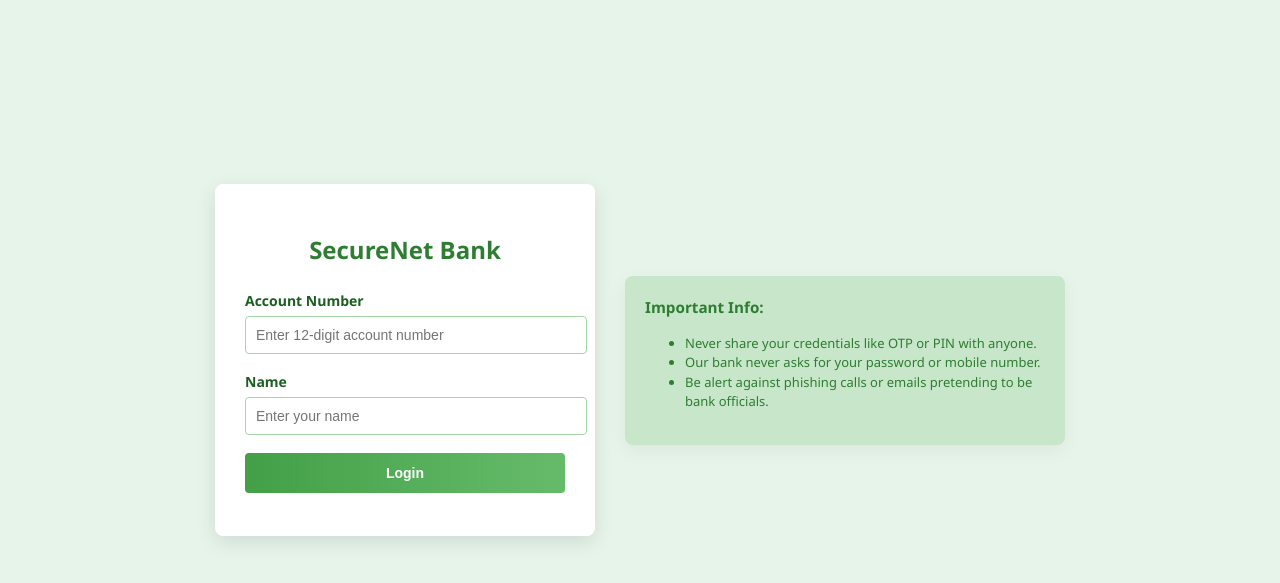
Repository: atharvthonge/Bank-Management-System
Page: http://localhost/login
An editor plug-in stored every save of this project. The page is shown before and after the next save, followed by the edit.
The browser window is 1280 px wide. The pictures show the whole page.
The page is this project's Thymeleaf template; nobody is signed in. The template is opened directly, without the code that normally fills it, so the values that code supplies are empty.

Above is the page before, as saved 2025-08-22 11:48:04.

After the next save:
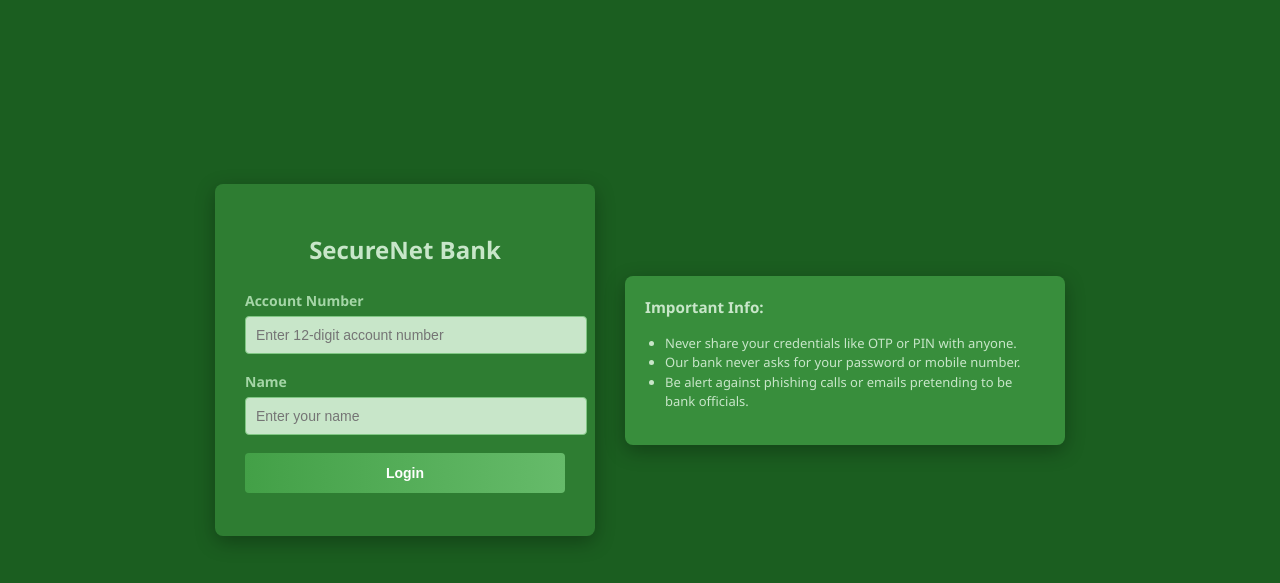
Saved 2 min 49 s later.
--- a/com.securenetbank/src/main/resources/templates/login.html
+++ b/com.securenetbank/src/main/resources/templates/login.html
@@ -6,7 +6,7 @@
         body {
             margin: 0;
             font-family: 'Segoe UI', Tahoma, Geneva, Verdana, sans-serif;
-            background-color: #e6f4ea; /* light green background */
+            background-color: #1b5e20; /* dark green background */
         }
 
         .container {
@@ -18,24 +18,24 @@
         }
 
         .login-box {
-            background-color: #ffffff; /* keep white for clarity */
+            background-color: #2e7d32; /* slightly lighter green for box */
             width: 320px;
             padding: 30px;
             border-radius: 8px;
-            box-shadow: 0 6px 20px rgba(0,0,0,0.1);
+            box-shadow: 0 6px 20px rgba(0,0,0,0.3);
         }
 
         .login-box h2 {
             text-align: center;
             margin-bottom: 25px;
-            color: #2e7d32; /* dark green */
+            color: #c8e6c9; /* light green text */
         }
 
         .login-box label {
             display: block;
             margin-bottom: 6px;
             font-weight: 600;
-            color: #1b5e20; /* darker green */
+            color: #a5d6a7; /* softer green for labels */
             font-size: 14px;
         }
 
@@ -43,15 +43,16 @@
             width: 100%;
             padding: 10px;
             margin-bottom: 18px;
-            border: 1px solid #a5d6a7; /* light green border */
+            border: 1px solid #81c784; /* medium green border */
             border-radius: 4px;
             font-size: 14px;
+            background-color: #c8e6c9; /* light green input background */
         }
 
         .login-box button {
             width: 100%;
             padding: 12px;
-            background: linear-gradient(to right, #43a047, #66bb6a); /* green gradient */
+            background: linear-gradient(to right, #43a047, #66bb6a); /* green gradient button */
             border: none;
             color: white;
             font-weight: bold;
@@ -65,24 +66,28 @@
         }
 
         .login-box p.error {
-            color: #d32f2f; /* red for errors */
+            color: #ff8a65; /* soft red-orange for errors */
             text-align: center;
             font-size: 13px;
         }
 
         .info-box {
-            background-color: #c8e6c9; /* light green box */
+            background-color: #388e3c; /* slightly darker green */
             padding: 20px;
             width: 400px;
             border-radius: 8px;
-            box-shadow: 0 6px 20px rgba(0,0,0,0.05);
-            color: #2e7d32; /* dark green text */
+            box-shadow: 0 6px 20px rgba(0,0,0,0.3);
+            color: #c8e6c9; /* light green text */
             font-size: 13px;
             line-height: 1.5;
         }
 
         .info-box h3 {
             margin-top: 0;
+        }
+
+        .info-box ul {
+            padding-left: 20px;
         }
     </style>
 </head>

After the save that followed:
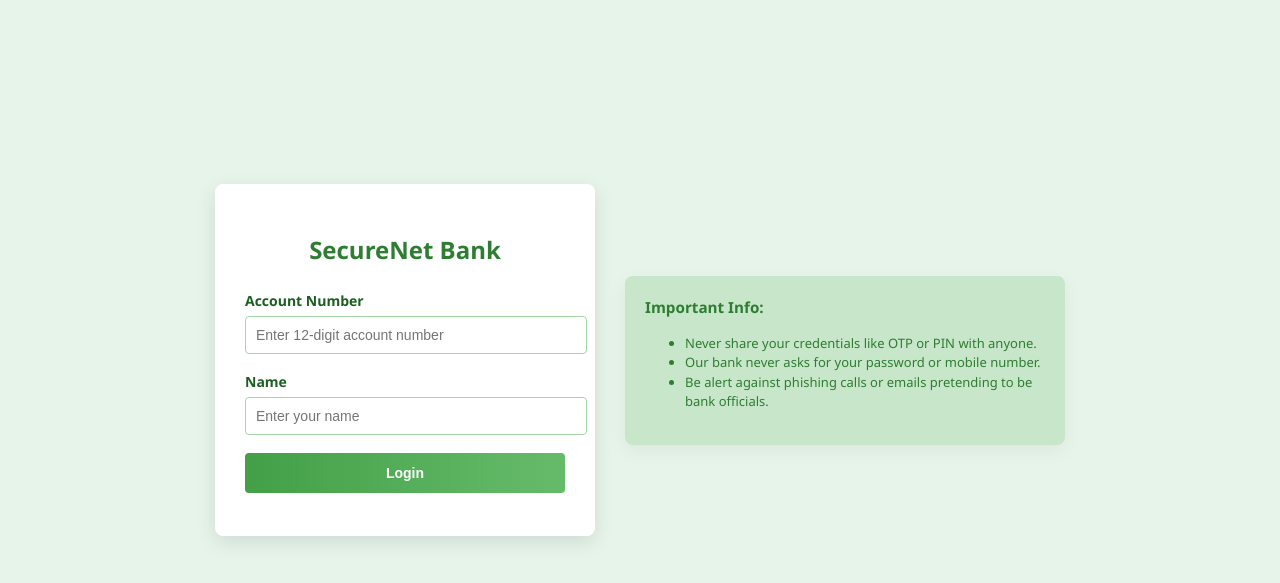
Saved 45 s later.
--- a/com.securenetbank/src/main/resources/templates/login.html
+++ b/com.securenetbank/src/main/resources/templates/login.html
@@ -6,7 +6,7 @@
         body {
             margin: 0;
             font-family: 'Segoe UI', Tahoma, Geneva, Verdana, sans-serif;
-            background-color: #1b5e20; /* dark green background */
+            background-color: #e6f4ea; /* light green background */
         }
 
         .container {
@@ -18,24 +18,24 @@
         }
 
         .login-box {
-            background-color: #2e7d32; /* slightly lighter green for box */
+            background-color: #ffffff; /* keep white for clarity */
             width: 320px;
             padding: 30px;
             border-radius: 8px;
-            box-shadow: 0 6px 20px rgba(0,0,0,0.3);
+            box-shadow: 0 6px 20px rgba(0,0,0,0.1);
         }
 
         .login-box h2 {
             text-align: center;
             margin-bottom: 25px;
-            color: #c8e6c9; /* light green text */
+            color: #2e7d32; /* dark green */
         }
 
         .login-box label {
             display: block;
             margin-bottom: 6px;
             font-weight: 600;
-            color: #a5d6a7; /* softer green for labels */
+            color: #1b5e20; /* darker green */
             font-size: 14px;
         }
 
@@ -43,16 +43,15 @@
             width: 100%;
             padding: 10px;
             margin-bottom: 18px;
-            border: 1px solid #81c784; /* medium green border */
+            border: 1px solid #a5d6a7; /* light green border */
             border-radius: 4px;
             font-size: 14px;
-            background-color: #c8e6c9; /* light green input background */
         }
 
         .login-box button {
             width: 100%;
             padding: 12px;
-            background: linear-gradient(to right, #43a047, #66bb6a); /* green gradient button */
+            background: linear-gradient(to right, #43a047, #66bb6a); /* green gradient */
             border: none;
             color: white;
             font-weight: bold;
@@ -66,28 +65,24 @@
         }
 
         .login-box p.error {
-            color: #ff8a65; /* soft red-orange for errors */
+            color: #d32f2f; /* red for errors */
             text-align: center;
             font-size: 13px;
         }
 
         .info-box {
-            background-color: #388e3c; /* slightly darker green */
+            background-color: #c8e6c9; /* light green box */
             padding: 20px;
             width: 400px;
             border-radius: 8px;
-            box-shadow: 0 6px 20px rgba(0,0,0,0.3);
-            color: #c8e6c9; /* light green text */
+            box-shadow: 0 6px 20px rgba(0,0,0,0.05);
+            color: #2e7d32; /* dark green text */
             font-size: 13px;
             line-height: 1.5;
         }
 
         .info-box h3 {
             margin-top: 0;
-        }
-
-        .info-box ul {
-            padding-left: 20px;
         }
     </style>
 </head>
